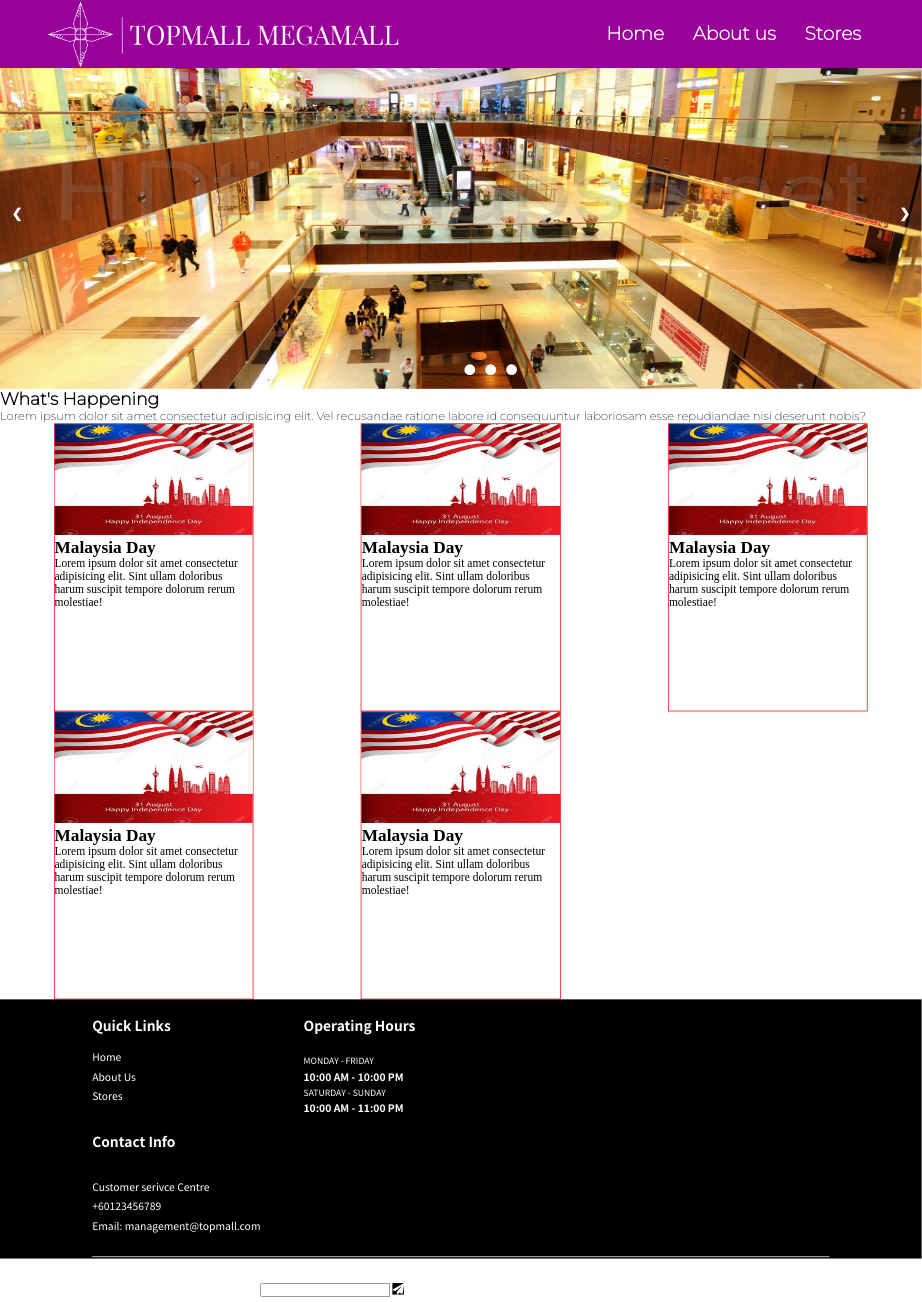
Repository: Jack0Bong/Web-Dev-Assignment
Page: index.html
These files come from the project's save history. The page is drawn as it stood at one moment and after the next save; the edit follows.
The browser window is 1280 px wide. The pictures show the whole page, at 72% of full size.

Above is the page before, as saved 2021-09-02 01:43:45.

After the next save:
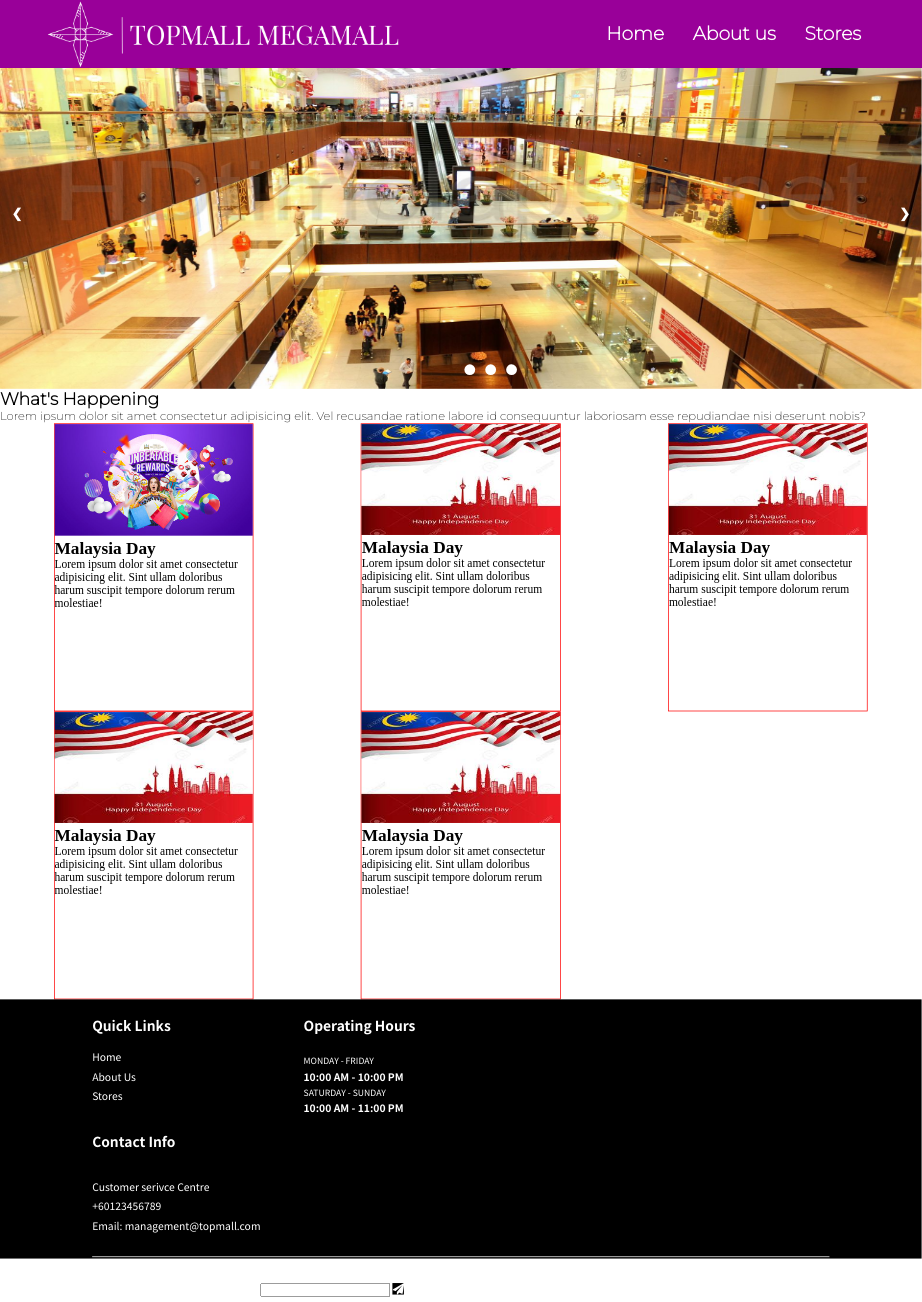
Saved 73 s later.
--- a/index.html
+++ b/index.html
@@ -73,7 +73,7 @@
         <div class="card-view">
 
             <div class="card">
-                <img src="Assets/event-one.jpg" alt="">
+                <img src="Assets/event-two.jpg" alt="">
                 <h2>Malaysia Day</h2>
                 <span>Lorem ipsum dolor sit amet consectetur adipisicing elit. Sint ullam doloribus harum suscipit tempore dolorum rerum molestiae!</span>
             </div>
